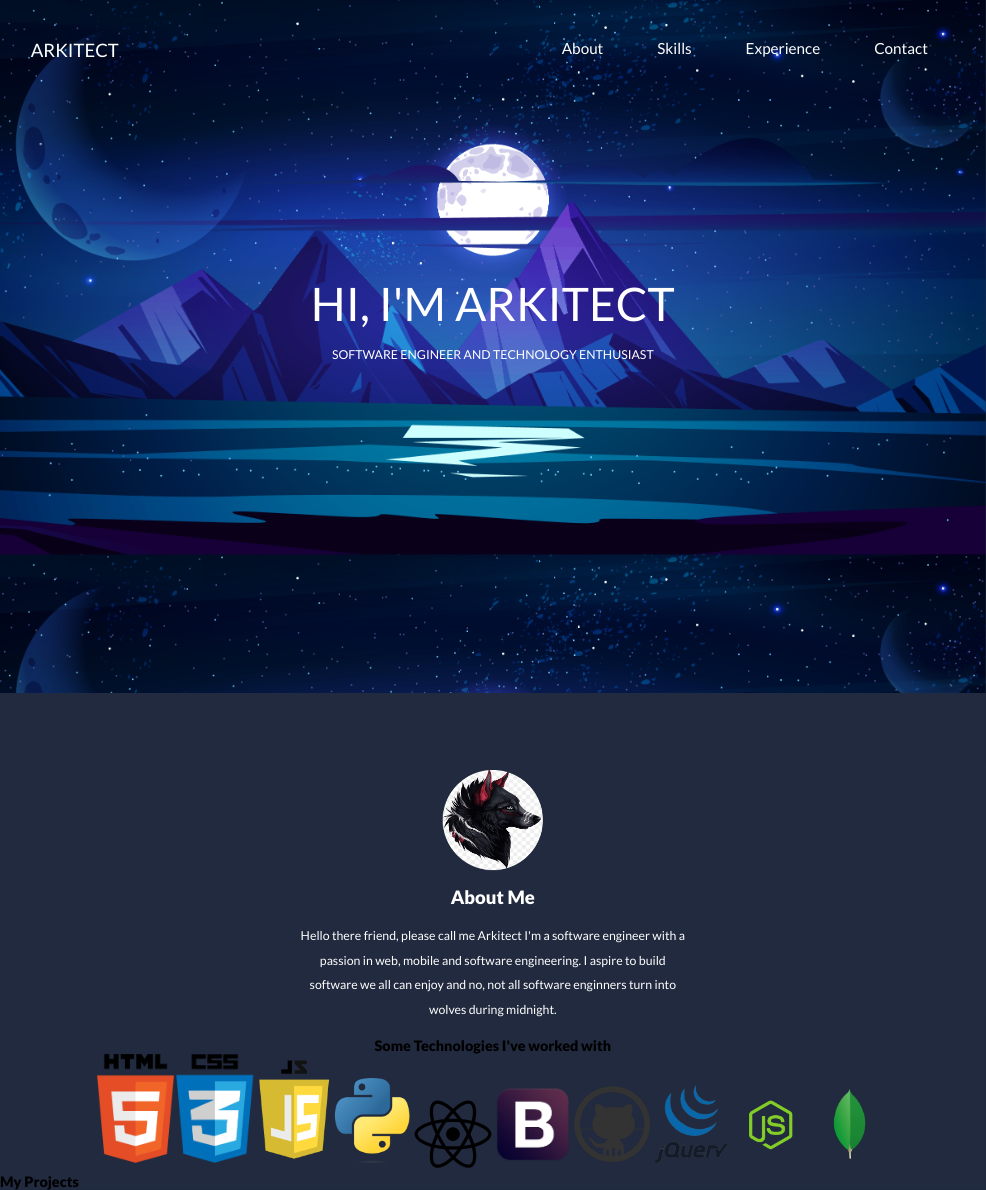
Repository: Arkitecth/personal-site
Page: index.html
These files come from the project's save history. The page is drawn as it stood at one moment and after the next save; the edit follows.
The browser window is 1280 px wide. The pictures show the whole page, at 77% of full size.
Backgrounds fixed to the window are drawn as part of the page.

Above is the page before, as saved 2023-06-17 18:33:46.

After the next save:
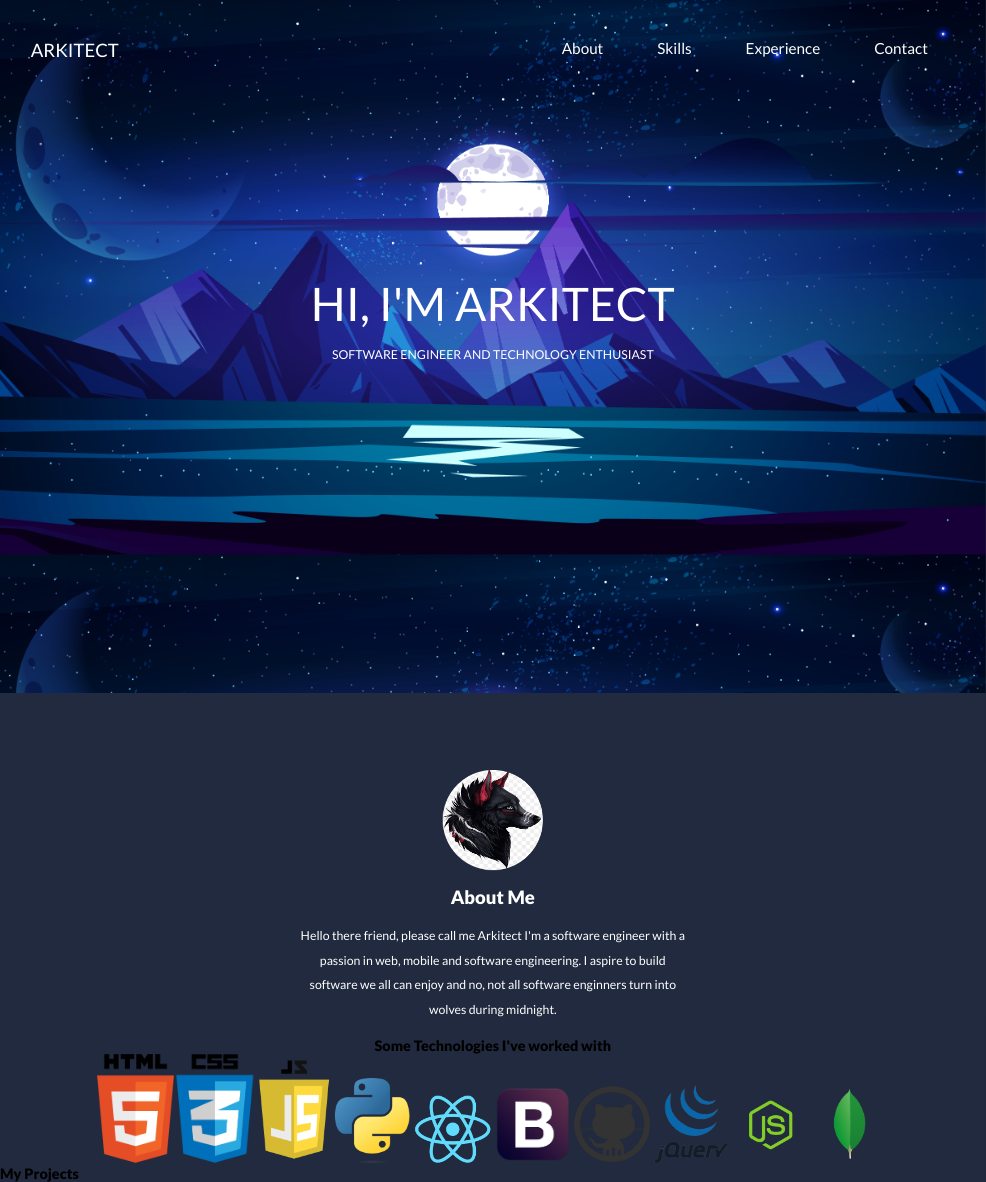
Saved 13 s later.
--- a/index.html
+++ b/index.html
@@ -50,8 +50,8 @@
             <img src="images/html.png" alt="HTML Logo">
             <img src="images/css.png" alt="CSS Logo">
             <img src="images/js.png" alt="Javascript Logo">
-            <img src="images/python.png" alt="">
-            <i class="fa-brands fa-react"></i>
+            <img src="images/python.png" alt="Python Logo">
+            <img src="images/react.png" alt="">
             <img src="images/bootstrap.png" alt="bootstrap">
             <img src="images/github.png" alt="github">
             <img src="images/jquery-image.png" alt="jquery-image">
